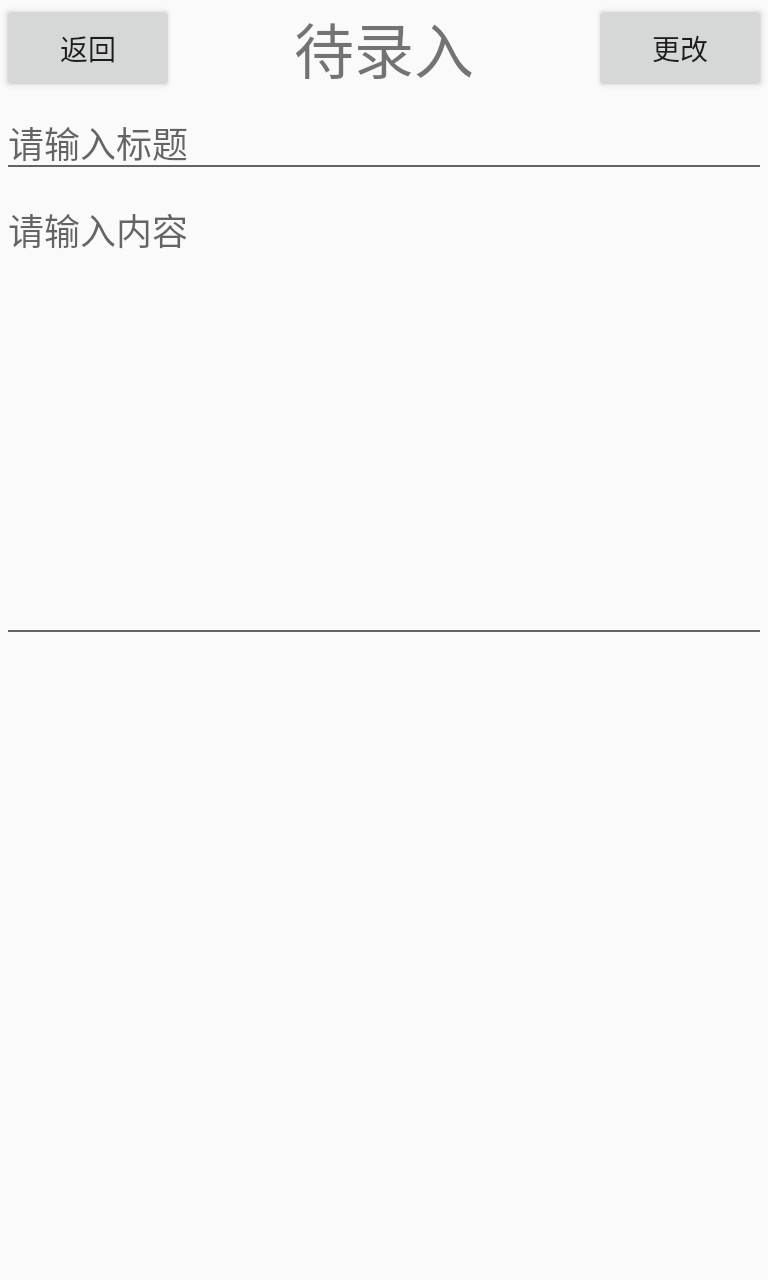
Repository: mxfpaul/Test
Layout: Note/MyNote2/res/layout/viewnote.xml
An editor plug-in stored every save of this project. The layout is shown before and after the next save, followed by the edit.
It is drawn on a 768 x 1280 px phone screen (xhdpi) without system bars, with theme AppTheme; the app's code is not run.

Above is the layout before, as saved 2014-11-22 11:32:55.

After the next save:
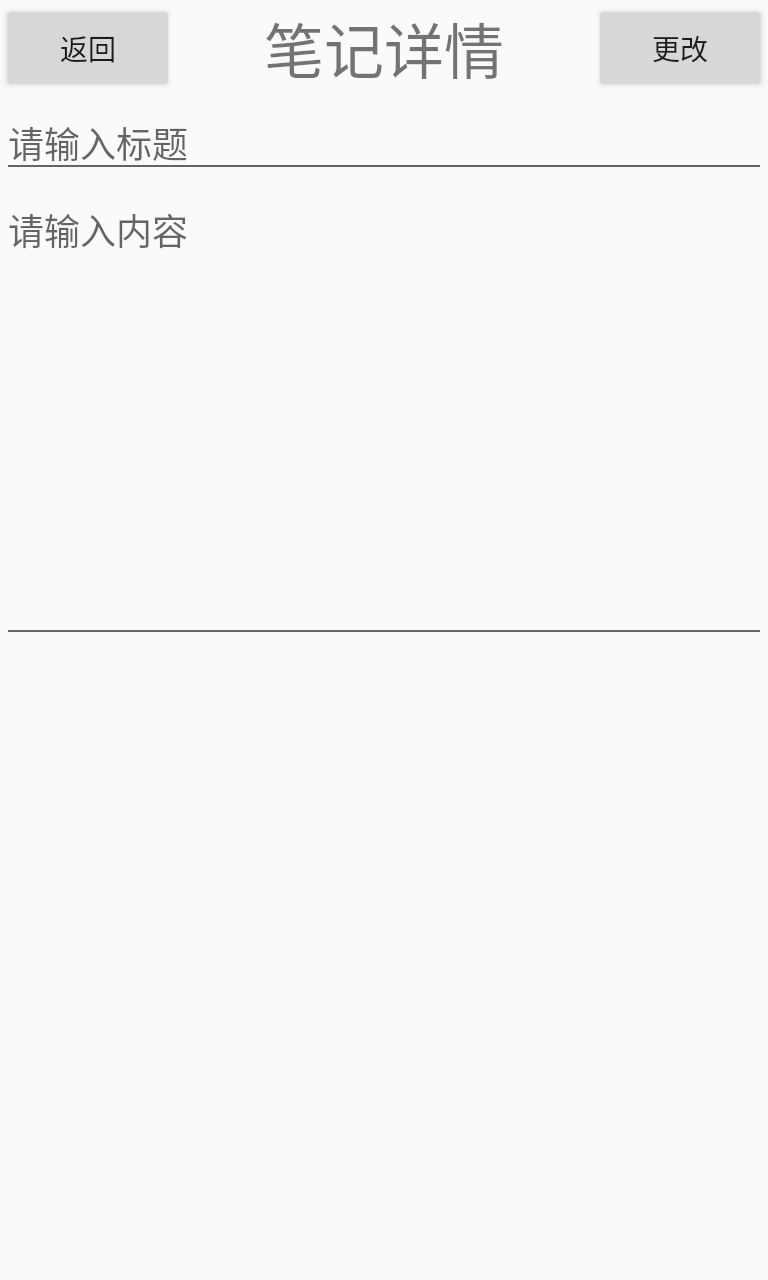
Saved 83 s later.
--- a/Note/MyNote2/res/values/strings.xml
+++ b/Note/MyNote2/res/values/strings.xml
@@ -12,7 +12,7 @@
     <string name="new_textview_text">新笔记</string>
     <string name="new_edittext_text1">请输入标题</string><string name="new_edittext_text2">请输入内容</string><string name="view_button_text1">返回</string>
     <string name="view_button_text2">更改</string>
-    <string name="view_textview_text">待录入</string>
+    <string name="view_textview_text">笔记详情</string>
 
 
 
